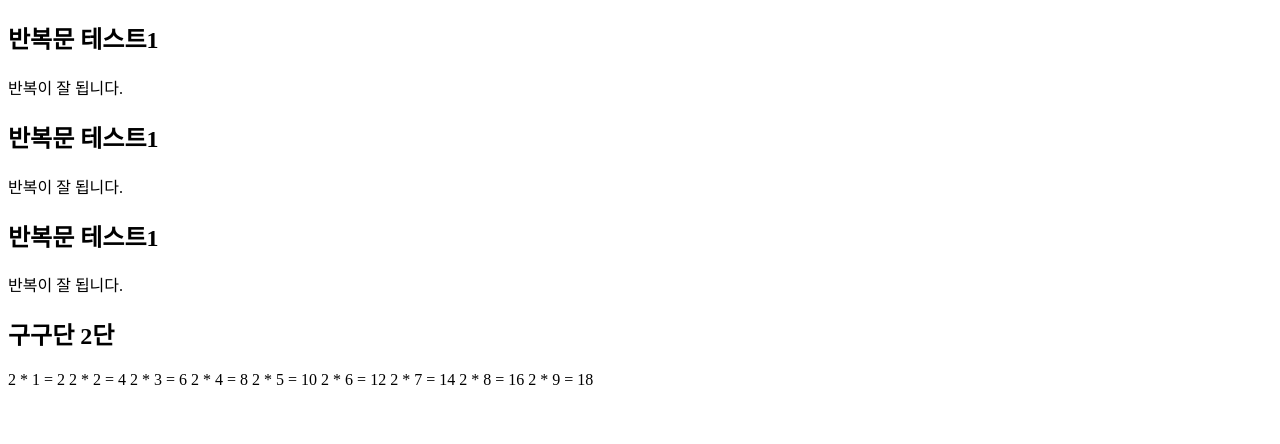
Repository: Yingjae/jsp_practice
Page: http://localhost/JSPBasic/JspTag/Scriptlet.jsp
The author's editor kept a copy of each file at every save. The page is drawn from the files as they stood at one save, then again after the next save.
The browser window is 1280 px wide. The pictures show the whole page.
The page is served by Tomcat 9.

Above is the page before, as saved 2022-01-28 02:37:08.

### JSPBasic/src/main/webapp/JspTag/Scriptlet.jsp
<%@ page language="java" contentType="text/html; charset=UTF-8"
    pageEncoding="UTF-8"%>
<!DOCTYPE html>
<html>
<head>
<meta charset="UTF-8">
<title>Insert title here</title>
</head>
<body>
	<!-- 스크립트릿 내부에는 자바 코드를 작성할 수 있으며
	이 코드를 반영해 페이지가 구성됩니다. -->
	<% for(int i = 0; i < 3; i++){ %>
		<h2>반복문 테스트1</h2>
		<p>
			반복이 잘 됩니다.
		</p>
	<% } %>

	<!-- 하단에 구구단 코드를 작성해주세요.
	System.out.println()이 괄호 내 구문을 콘솔에 찍히게 해줬다면
	out.println()은 html화면에 괄호 내 구문을 콘솔에 찍히게 해줍니다.
	(javascript의 document.write()와 같은 역할) -->
	<h2>구구단 2단</h2>
	<% for(int i = 2; i < 3; i++){
		for(int j = 1; j < 10; j++){
			out.println(i + " * " + j + " = " + (i * j));
		}
	}%> <br/>
</body>
</html>

After the next save:
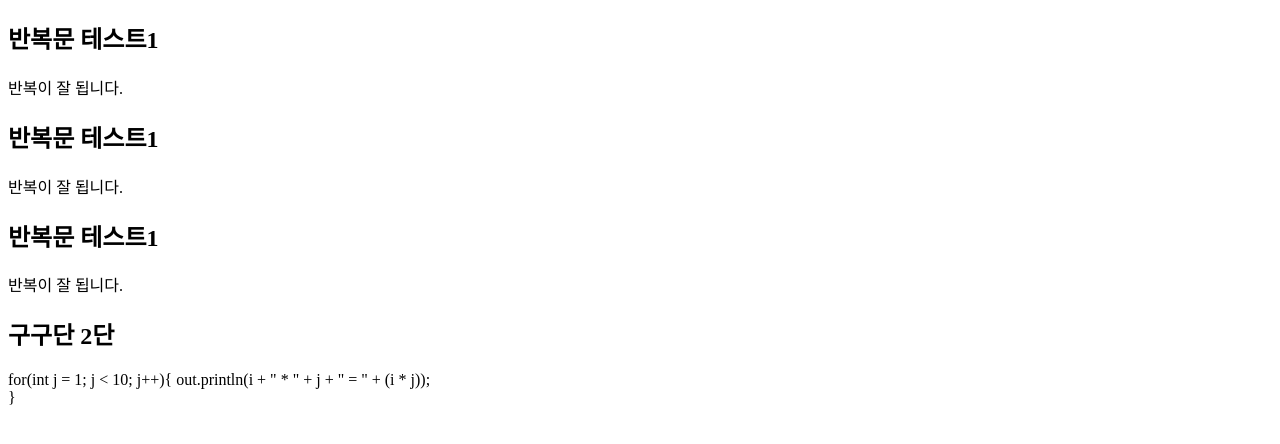
Saved 68 s later.
--- a/JSPBasic/src/main/webapp/JspTag/Scriptlet.jsp
+++ b/JSPBasic/src/main/webapp/JspTag/Scriptlet.jsp
@@ -21,10 +21,11 @@
 	out.println()은 html화면에 괄호 내 구문을 콘솔에 찍히게 해줍니다.
 	(javascript의 document.write()와 같은 역할) -->
 	<h2>구구단 2단</h2>
-	<% for(int i = 2; i < 3; i++){
+	<% for(int i = 2; i < 3; i++){ %>
 		for(int j = 1; j < 10; j++){
 			out.println(i + " * " + j + " = " + (i * j));
+			<br/>
 		}
-	}%> <br/>
+	<% } %>
 </body>
 </html>

After the save that followed:
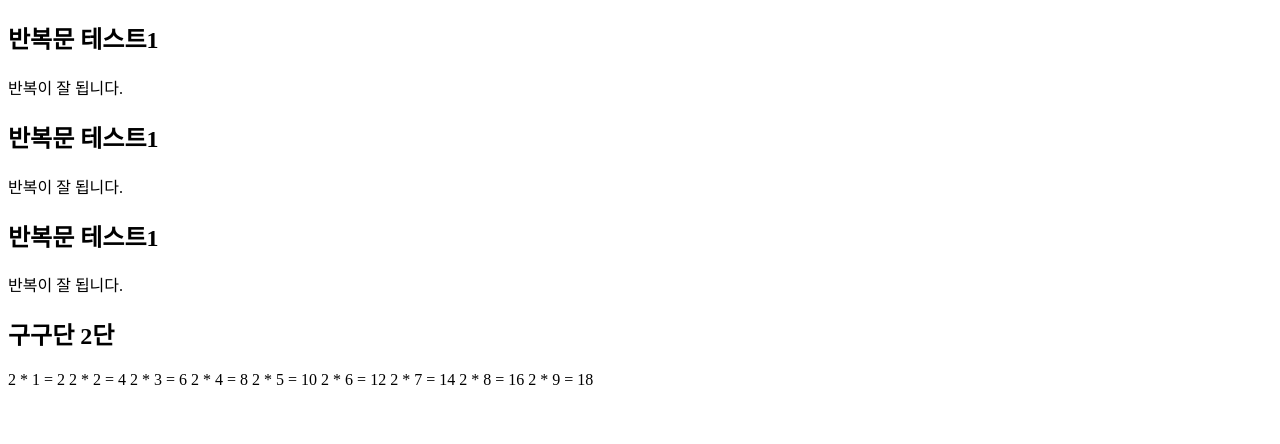
Saved 36 s later.
--- a/JSPBasic/src/main/webapp/JspTag/Scriptlet.jsp
+++ b/JSPBasic/src/main/webapp/JspTag/Scriptlet.jsp
@@ -21,11 +21,11 @@
 	out.println()은 html화면에 괄호 내 구문을 콘솔에 찍히게 해줍니다.
 	(javascript의 document.write()와 같은 역할) -->
 	<h2>구구단 2단</h2>
-	<% for(int i = 2; i < 3; i++){ %>
-		for(int j = 1; j < 10; j++){
-			out.println(i + " * " + j + " = " + (i * j));
-			<br/>
-		}
-	<% } %>
+	<% for(int i = 2; i < 3; i++){
+			for(int j = 1; j < 10; j++){
+				out.println(i + " * " + j + " = " + (i * j));
+
+			}
+	   } %>
 </body>
 </html>
